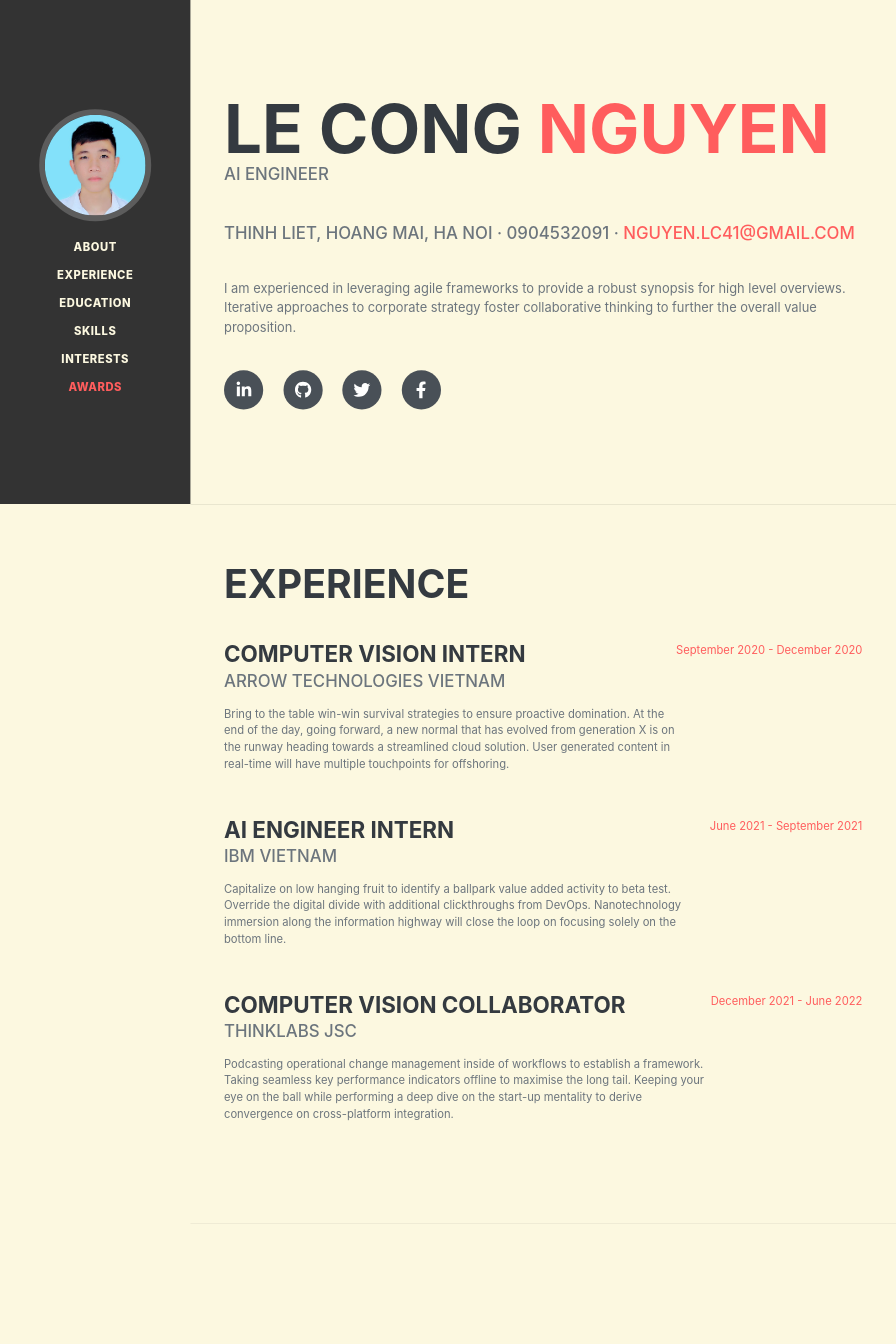
Repository: nguyenlcc/Online-CV
Page: index.html
The author's editor kept a copy of each file at every save. The page is drawn from the files as they stood at one save, then again after the next save.
The browser window is 1280 px wide. The pictures show the part of the page from y = 0 to 1920 px (the page is 4631 px tall), at 70% of full size.
Some web fonts or font styles are not loaded; a fallback is used. Some web libraries are served in a nearby version.

Above is the page before, as saved 2022-05-23 00:48:51.

After the next save:
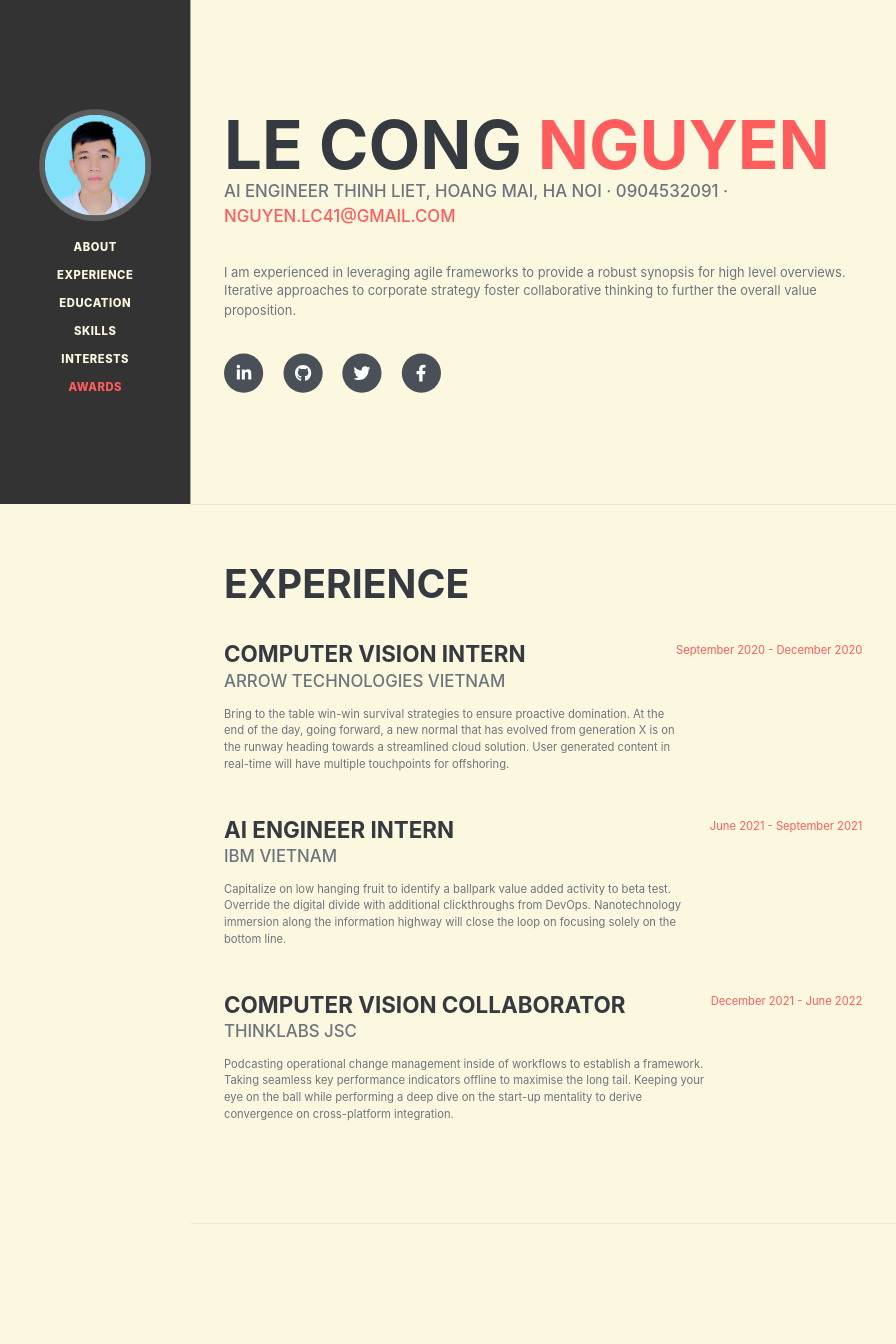
Saved 11 s later.
--- a/index.html
+++ b/index.html
@@ -95,8 +95,6 @@
           </h1>
           <div class="subheading mb-5">
             AI ENGINEER
-          </div>
-          <div class="subheading mb-5">
             THINH LIET, HOANG MAI, HA NOI · 0904532091 ·
             <a href="mailto:name@email.com">nguyen.lc41@gmail.com</a>
           </div>
